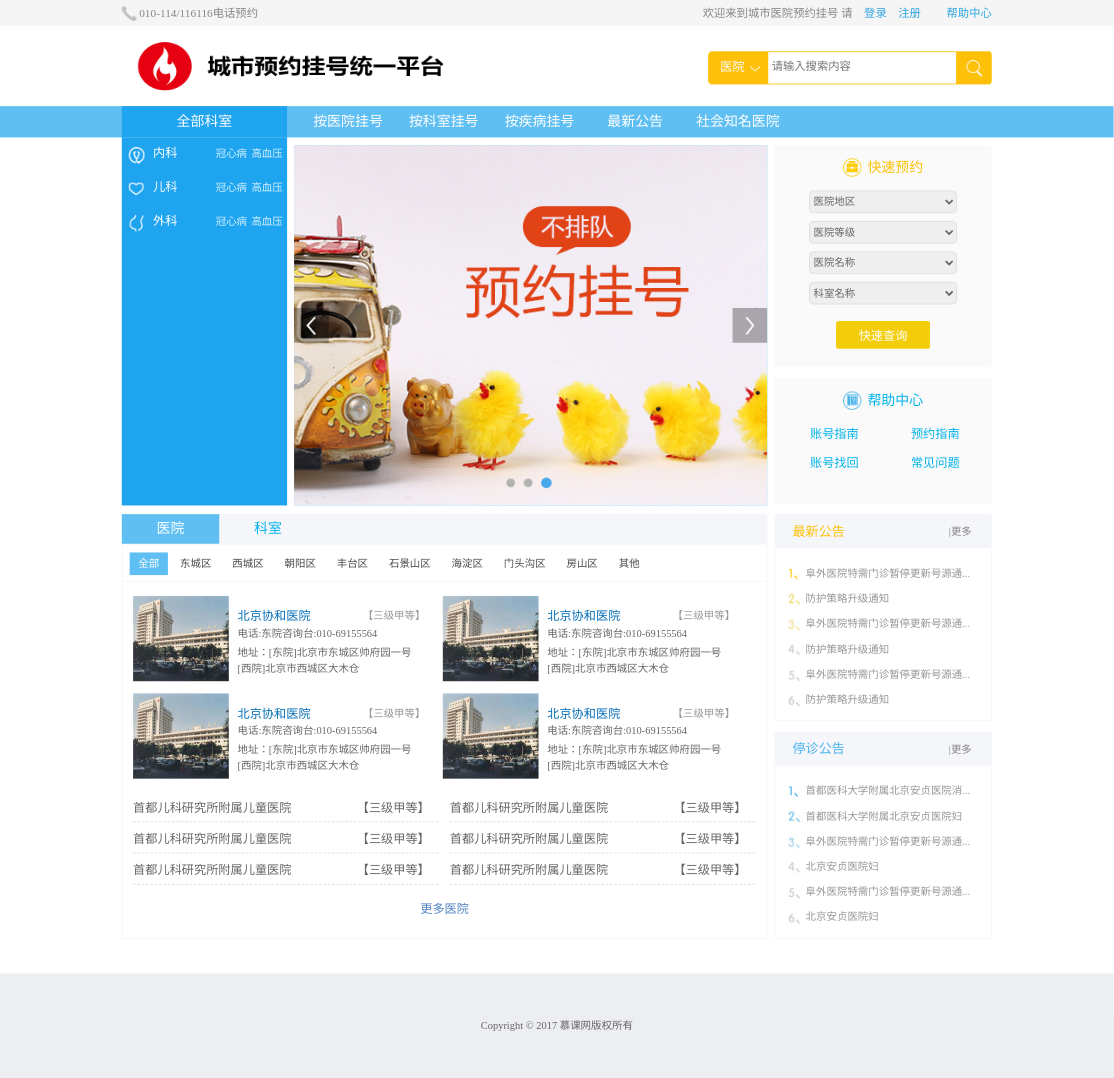
Repository: ScarApocalypse/study
Page: 挂号平台/index.html
An editor plug-in stored every save of this project. The page is shown before and after the next save, followed by the edit.
The browser window is 1280 px wide. The pictures show the whole page, at 87% of full size.

Above is the page before, as saved 2019-01-22 20:12:38.

After the next save:
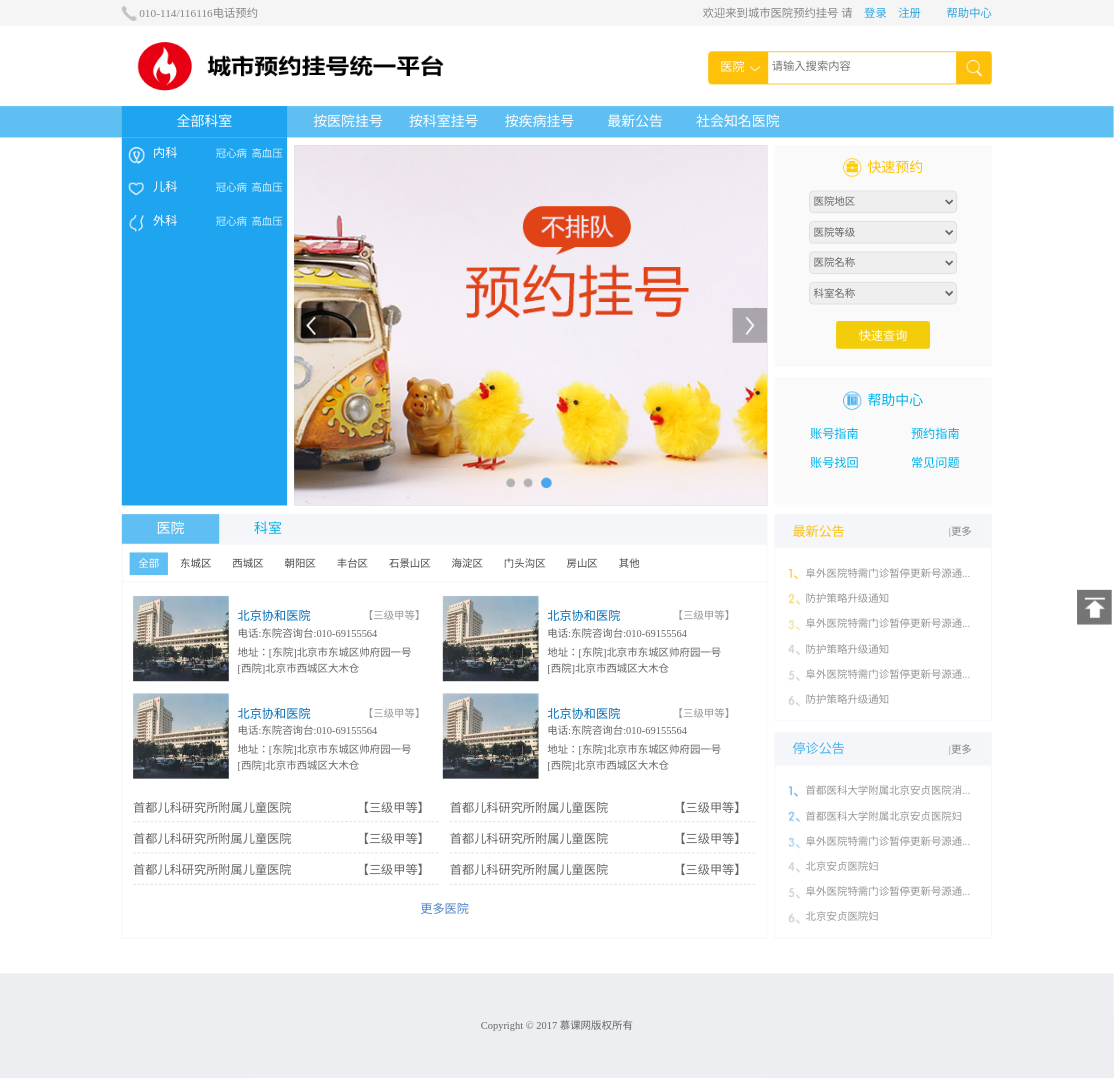
Saved 15 s later.
--- a/挂号平台/index.html
+++ b/挂号平台/index.html
@@ -440,7 +440,7 @@
 		Copyright &copy 2017 慕课网版权所有
 	</div>
 	<!-- 回到顶部 -->
-	<!-- <a class="go-top" href="#"></a> -->
+	<a class="ui-backTop" href="#"></a>
 	<script type="text/javascript" src="js/ui.js"></script>
 </body>
 
